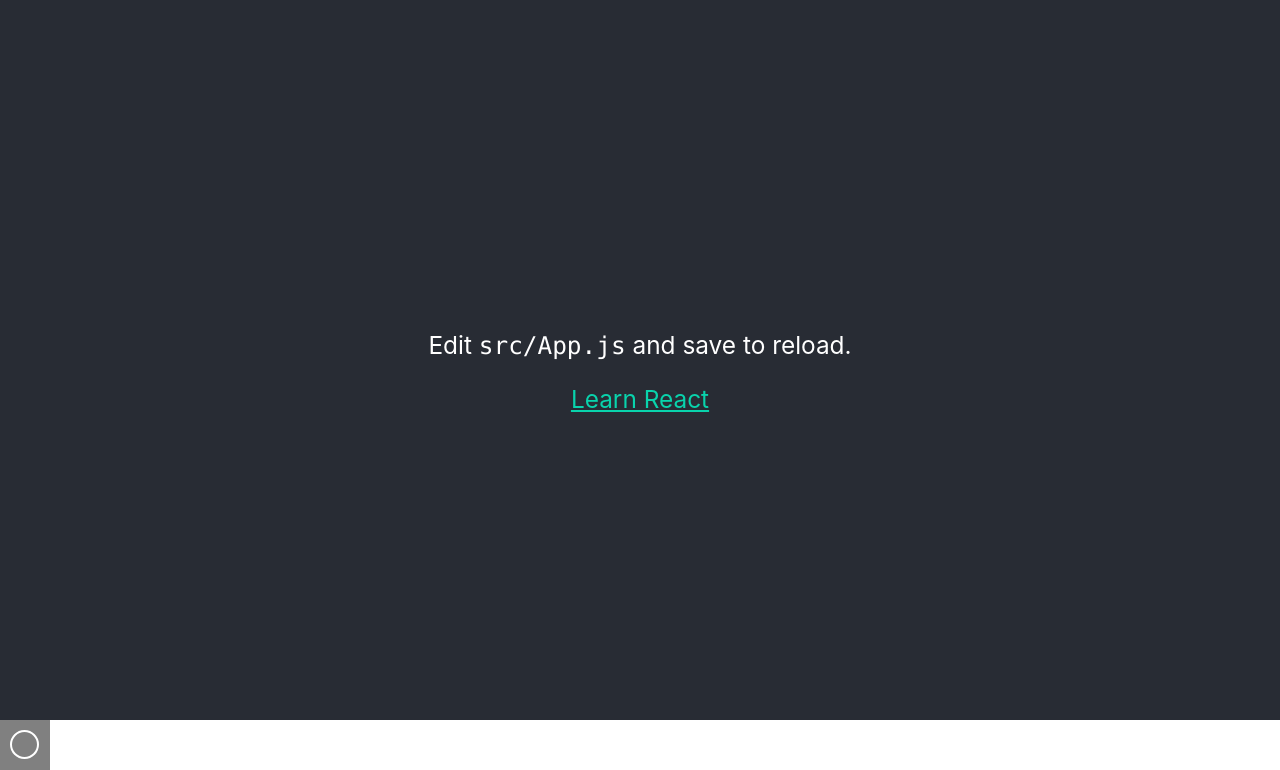
Repository: chris-ogilvie/98point6
Page: /
The author's editor kept a copy of each file at every save. The page is drawn from the files as they stood at one save, then again after the next save.
The browser window is 1280 px wide. The pictures show the whole page.
The project was rebuilt for these pictures with package versions that can differ from the ones it lists, and the page was loaded fresh each time.

Above is the page before, as saved 2019-11-11 13:28:25.

After the next save:
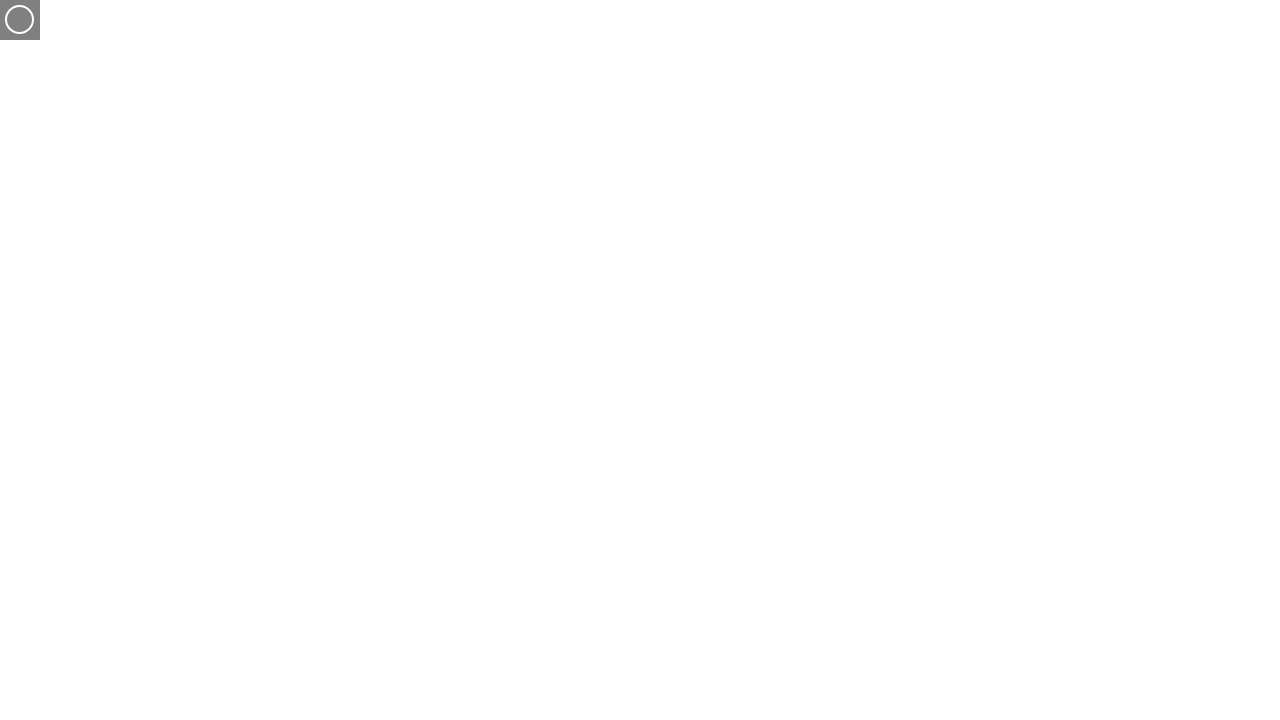
Saved 2 min 30 s later.
--- a/src/containers/App.js
+++ b/src/containers/App.js
@@ -1,25 +1,12 @@
 import React from 'react';
-import TokenContainer from '../components/TokenContainer';
+import TokenSlot from '../components/TokenSlot';
 import './App.css';
 
 function App() {
   return (
     <div className="App">
-      <header className="App-header">
-        {/* <img src={logo} className="App-logo" alt="logo" /> */}
-        <p>
-          Edit <code>src/App.js</code> and save to reload.
-        </p>
-        <a
-          className="App-link"
-          href="https://reactjs.org"
-          target="_blank"
-          rel="noopener noreferrer"
-        >
-          Learn React
-        </a>
-      </header>
-      <TokenContainer />
+
+      <TokenSlot />
     </div>
   );
 }
